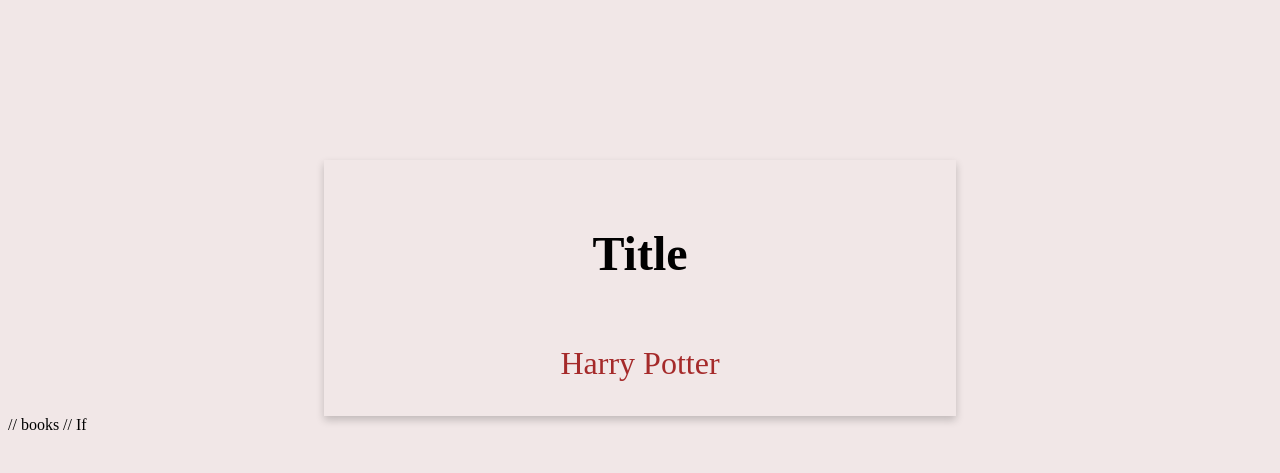
Repository: cyborgEneki/archangel-code-challenge
Page: index.html
The author's editor kept a copy of each file at every save. The page is drawn from the files as they stood at one save, then again after the next save.
The browser window is 1280 px wide. The pictures show the whole page.
The style sheet was rebuilt from its Sass, Less or Tailwind sources for each picture, by a compiler version that may differ from the author's.

Above is the page before, as saved 2020-11-05 14:05:45.

### index.html
<!DOCTYPE html>
<html lang="en">

<head>
    <link rel="stylesheet" href="assets/css/styles.css">
</head>

<body>
    <div id="main"></div>
    <script src="bower_components/handlebars/handlebars.min.js"></script>
    <script src="bower_components/jquery/dist/jquery.min.js"></script>
    <script type="text/x-handlebars-template" id="template-script">
            <div class="card">
                <div class="card__container">
                    <h4 class="card__heading"><b>Title</b></h4>
                    <p class="card__text">Harry Potter</p>
                </div>
            </div>
    </script>
    <script src="assets/js/books.js"></script>
    <script src="assets/js/index.js"></script>
</body>
</html>


                    <!-- <p class="card__text">{{compareEquality a b real makeBelieve}}!</p> -->

                    // books
                    // If

### assets/js/index.js
$(function () {
    Handlebars.registerHelper("compareEquality", function (a, b, real, makeBelieve) {
        if (a == b) {
            return real;
        } else {
            return makeBelieve;
        };
    });
    let template = $('#template-script').html(),
        compiled = Handlebars.compile(template),
        rendered = compiled({
            a: 1,
            b: 1,
            real: 'an oblate spheroid',
            makeBelieve: 'flat'
        });
    $('#main').html(rendered);
});

### scss/styles.scss
$peach: #f1e7e7;

body {
    background-color: $peach;
}

.card {
    box-shadow: 0 4px 8px 0 rgba(0, 0, 0, 0.2);
    transition: 0.3s;
    width: 50%;
    margin: 0 auto;

    &__container {
        padding: 2px 16px;
        margin-top: 10rem;
    }

    &__heading {
        font-size: 3rem;
        text-align: center;
    }

    &__text {
        text-align: center;
        font-size: 2rem;
        color: brown;
    }
}

Loaded but not shown: bower_components/handlebars/handlebars.min.js (library); bower_components/jquery/dist/jquery.min.js (library); assets/js/books.js (no stored copy; drawn as an empty file)

After the next save:
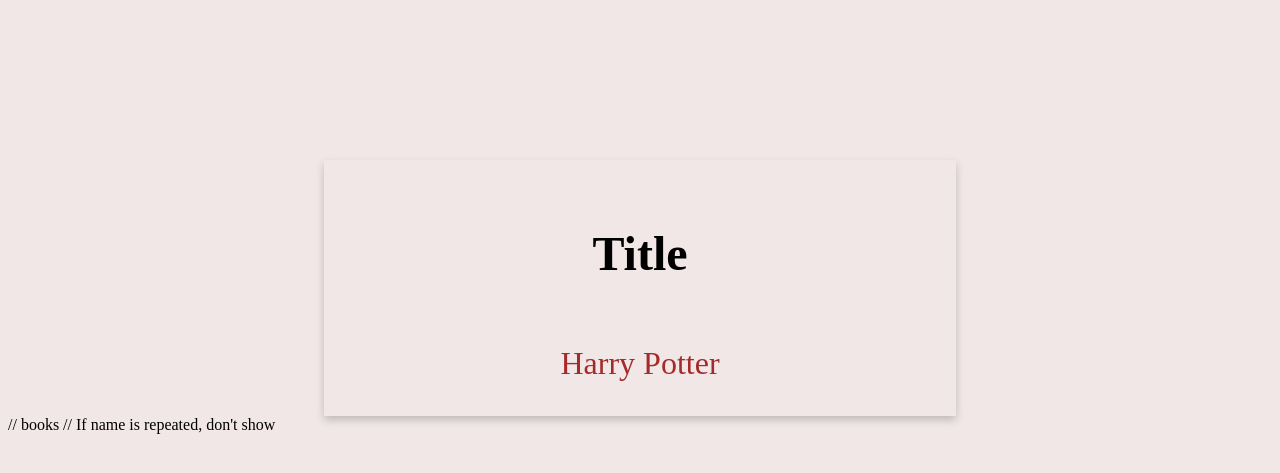
Saved 23 s later.
--- a/index.html
+++ b/index.html
@@ -26,4 +26,4 @@
                     <!-- <p class="card__text">{{compareEquality a b real makeBelieve}}!</p> -->
 
                     // books
-                    // If
+                    // If name is repeated, don't show
